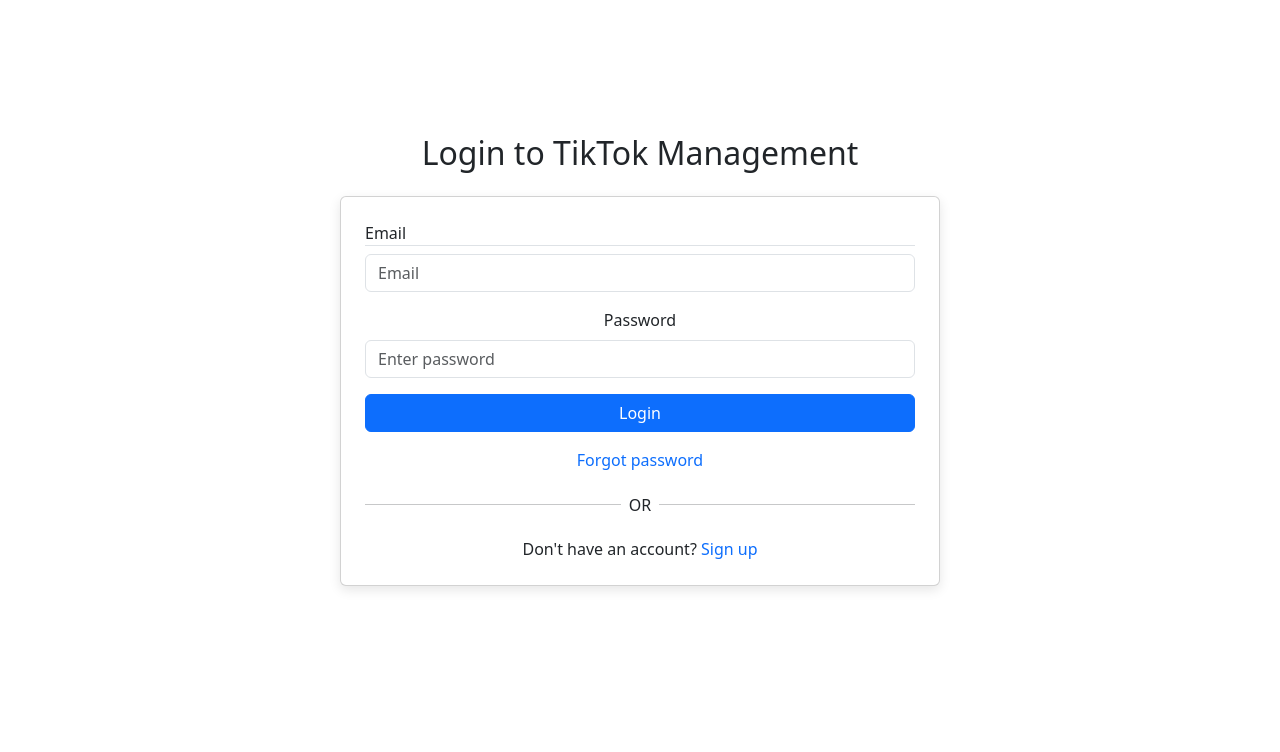
Repository: chaolaolo/tikcrm-fe
Page: /
An editor plug-in stored every save of this project. The page is shown before and after the next save, followed by the edit.
The browser window is 1280 px wide. The pictures show the whole page.
The project was rebuilt for these pictures with package versions that can differ from the ones it lists, and the page was loaded fresh each time. Also part of the build but not shown: vite.config.ts, src/pages/Home/Settings.tsx, src/pages/Home/HomePage.tsx. Imported but missing from the stored project, and not drawn on this page: src/pages/Home/Dashboard, src/pages/Register/RegisterPage.

Above is the page before, as saved 2025-05-22 21:25:48.

### src/main.tsx
import React, { StrictMode } from 'react'
import ReactDOM from 'react-dom/client';
import { createRoot } from 'react-dom/client'
import './index.css'
import { BrowserRouter } from 'react-router-dom';
import { AuthProvider } from './store/AuthContext.tsx';
import App from './App.tsx'
import 'antd/dist/reset.css';
import 'bootstrap/dist/css/bootstrap.min.css';
import 'bootstrap/dist/js/bootstrap.bundle.min.js';

ReactDOM.createRoot(document.getElementById('root')!).render(
  <React.StrictMode>
    <AuthProvider>
      <BrowserRouter>
        <App />
      </BrowserRouter>
    </AuthProvider>
  </React.StrictMode>
)

### src/store/AuthContext.tsx
import React, { createContext, useContext, useState, type ReactNode } from 'react';

interface AuthContextProps {
  isLoggedIn: boolean;
  login: () => void;
  logout: () => void;
}

const AuthContext = createContext<AuthContextProps | undefined>(undefined);

export const AuthProvider = ({ children }: { children: ReactNode }) => {
  const [isLoggedIn, setIsLoggedIn] = useState(false);

  const login = () => setIsLoggedIn(true);
  const logout = () => setIsLoggedIn(false);

  return (
    <AuthContext.Provider value={{ isLoggedIn, login, logout }}>
      {children}
    </AuthContext.Provider>
  );
};

export const useAuth = () => {
  const context = useContext(AuthContext);
  if (!context) throw new Error('useAuth must be used within AuthProvider');
  return context;
};

### src/App.tsx
import { useState } from 'react'
import reactLogo from './assets/react.svg'
import viteLogo from '/vite.svg'
import './App.css'
import { useAuth } from './store/AuthContext';
import { Navigate, Route, Routes } from 'react-router-dom';
import LoginPage from './pages/Auth/LoginPage';
import RegisterPage from './pages/Register/RegisterPage';
import HomePage from './pages/Home/HomePage';
import 'bootstrap/dist/css/bootstrap.min.css';
import 'bootstrap/dist/js/bootstrap.bundle.min.js';
import 'antd/dist/reset.css'

const App = () => {
  const { isLoggedIn } = useAuth();

  return (
    <Routes>
      <Route path="/login" element={<LoginPage />} />
      <Route path="/register" element={<RegisterPage />} />
      <Route
        path="/home/*"
        element={isLoggedIn ? <HomePage /> : <Navigate to="/login" />}
      />
      <Route path="*" element={<Navigate to={isLoggedIn ? "/home" : "/login"} />} />
    </Routes>
  );
};

export default App;

### src/pages/Auth/LoginPage.tsx
import React from 'react';
import 'bootstrap/dist/css/bootstrap.min.css';

const LoginPage: React.FC = () => {
  return (
    <div className="container d-flex justify-content-center align-items-center" style={{ minHeight: '100vh' }}>
      <div>
        <h2 className="text-center mb-4">Login to TikTok Management</h2>
        <div className="card p-4" style={{ width: '600px', boxShadow: '0 4px 12px rgba(0, 0, 0, 0.1)' }}>
          <form>
            <div className="mb-3">
              <label htmlFor="email" className="form-label text-left border-bottom w-100">Email</label>
              <input
                type="email"
                className="form-control"
                id="email"
                placeholder="Email"
              />
            </div>

            <div className="mb-3">
              <label htmlFor="password" className="form-label">Password</label>
              <input
                type="password"
                className="form-control"
                id="password"
                placeholder="Enter password"
              />
            </div>

            <button type="submit" className="btn btn-primary w-100 mb-3">Login</button>

            <div className="text-center mb-3">
              <a href="#forgot-password" className="text-decoration-none">Forgot password</a>
            </div>

            <div className="d-flex align-items-center mb-3">
              <hr className="flex-grow-1" />
              <span className="px-2">OR</span>
              <hr className="flex-grow-1" />
            </div>

            <div className="text-center">
              <span>Don't have an account? </span>
              <a href="#signup" className="text-decoration-none">Sign up</a>
            </div>
          </form>
        </div>
      </div>
    </div>
  );
};

export default LoginPage;

Loaded but not shown: index.html (common file); src/index.css (common file); src/App.css (common file)

After the next save:
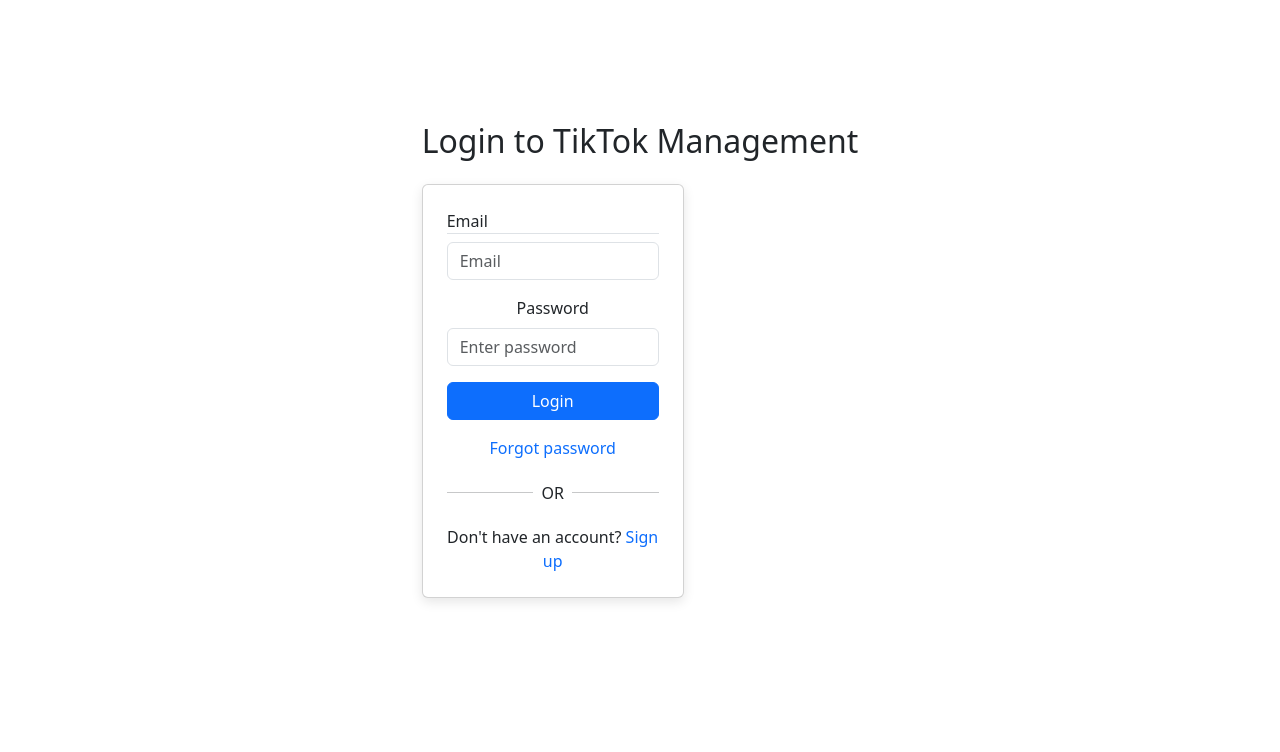
Saved 94 s later.
--- a/src/pages/Auth/LoginPage.tsx
+++ b/src/pages/Auth/LoginPage.tsx
@@ -6,7 +6,7 @@
     <div className="container d-flex justify-content-center align-items-center" style={{ minHeight: '100vh' }}>
       <div>
         <h2 className="text-center mb-4">Login to TikTok Management</h2>
-        <div className="card p-4" style={{ width: '600px', boxShadow: '0 4px 12px rgba(0, 0, 0, 0.1)' }}>
+        <div className="card p-4" style={{ width: '60%', maxWidth: '600px', boxShadow: '0 4px 12px rgba(0, 0, 0, 0.1)' }}>
           <form>
             <div className="mb-3">
               <label htmlFor="email" className="form-label text-left border-bottom w-100">Email</label>
